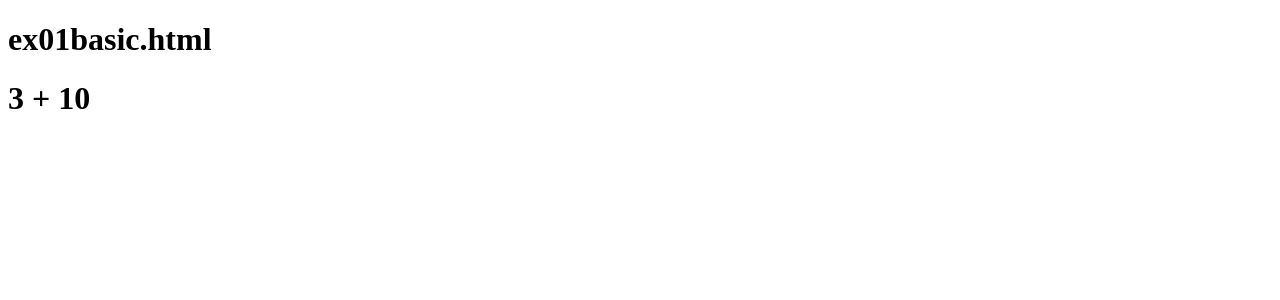
Repository: wonusuh/WonuSuhJspWorkspace
Page: basicJSP/src/main/webapp/ex01basic.html
These files come from the project's save history. The page is drawn as it stood at one moment and after a run of saves; the edit follows.
The browser window is 1280 px wide. The pictures show the whole page.

Above is the page before, as saved 2024-01-29 08:12:06.

After the next 2 saves:
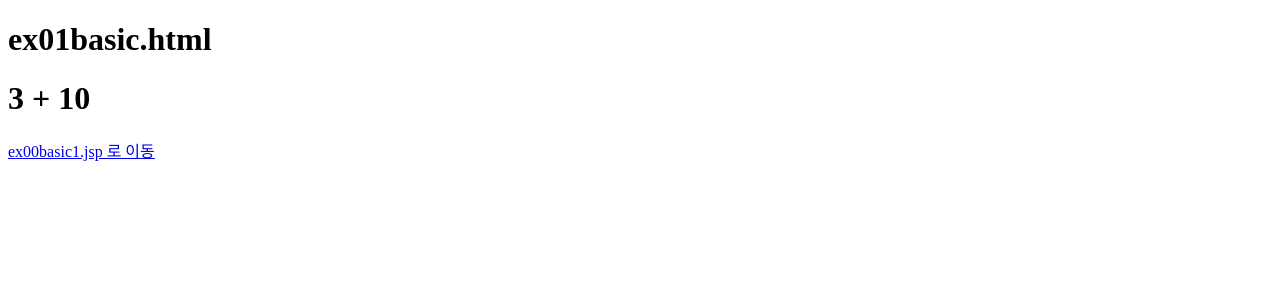
The 2 saves are shown as one change because they came seconds apart.
The last was saved 25 s later.
--- a/basicJSP/src/main/webapp/ex01basic.html
+++ b/basicJSP/src/main/webapp/ex01basic.html
@@ -6,7 +6,7 @@
 </head>
 <body>
 <h1>ex01basic.html</h1>
-<a href="ex00basic1.jsp"></a>
 <h1>3 + 10</h1>
+<a href="ex00basic1.jsp">ex00basic1.jsp 로 이동</a>
 </body>
 </html>
